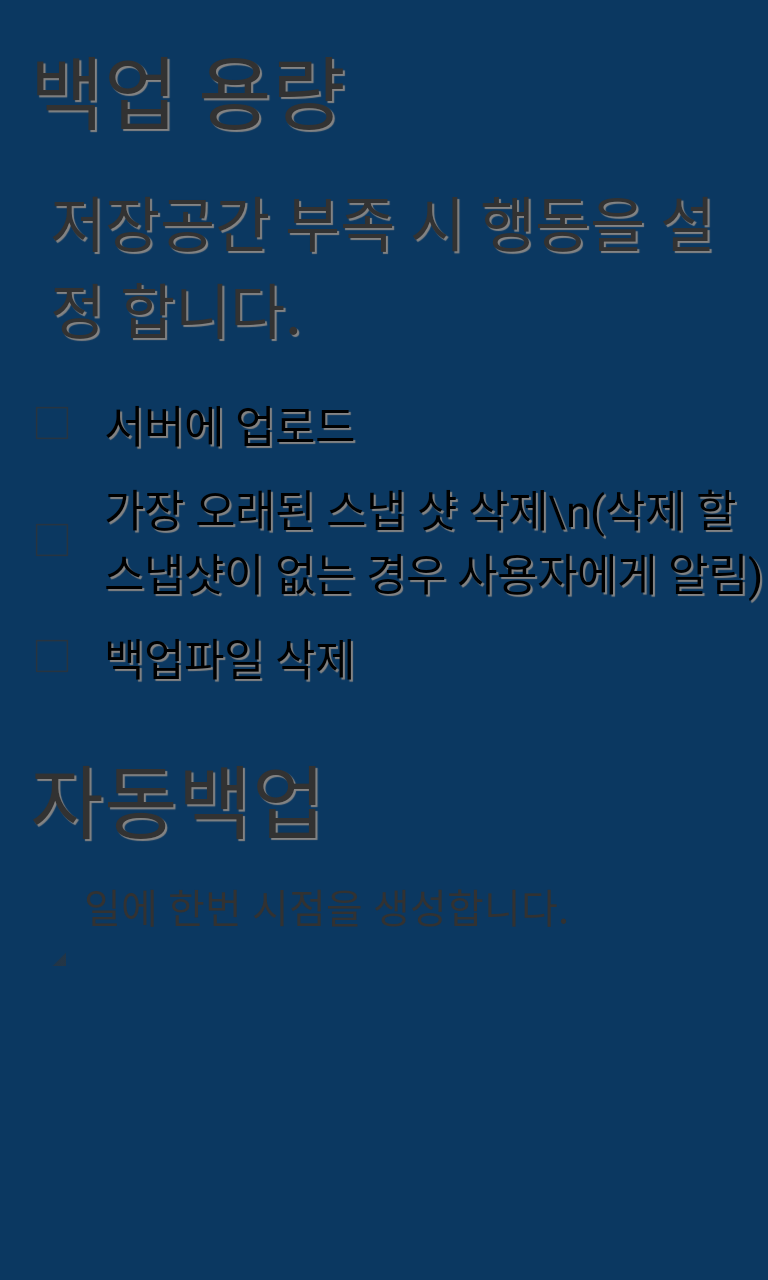
Repository: zzttt/LVM_BackupSol
Layout: TimeTraveler/res/layout/inflate_three.xml
The author's editor kept a copy of each file at every save. The layout is drawn from the files as they stood at one save, then again after the next save.
It is drawn on a 768 x 1280 px phone screen (xhdpi) without system bars, with theme AppTheme; the app's code is not run. The app's manifest (not shown) leaves right-to-left support off. So textAlignment, textDirection and layoutDirection are ignored, and left and right values win over start and end ones.

Above is the layout before, as saved 2014-07-02 15:16:05.

After the next save:
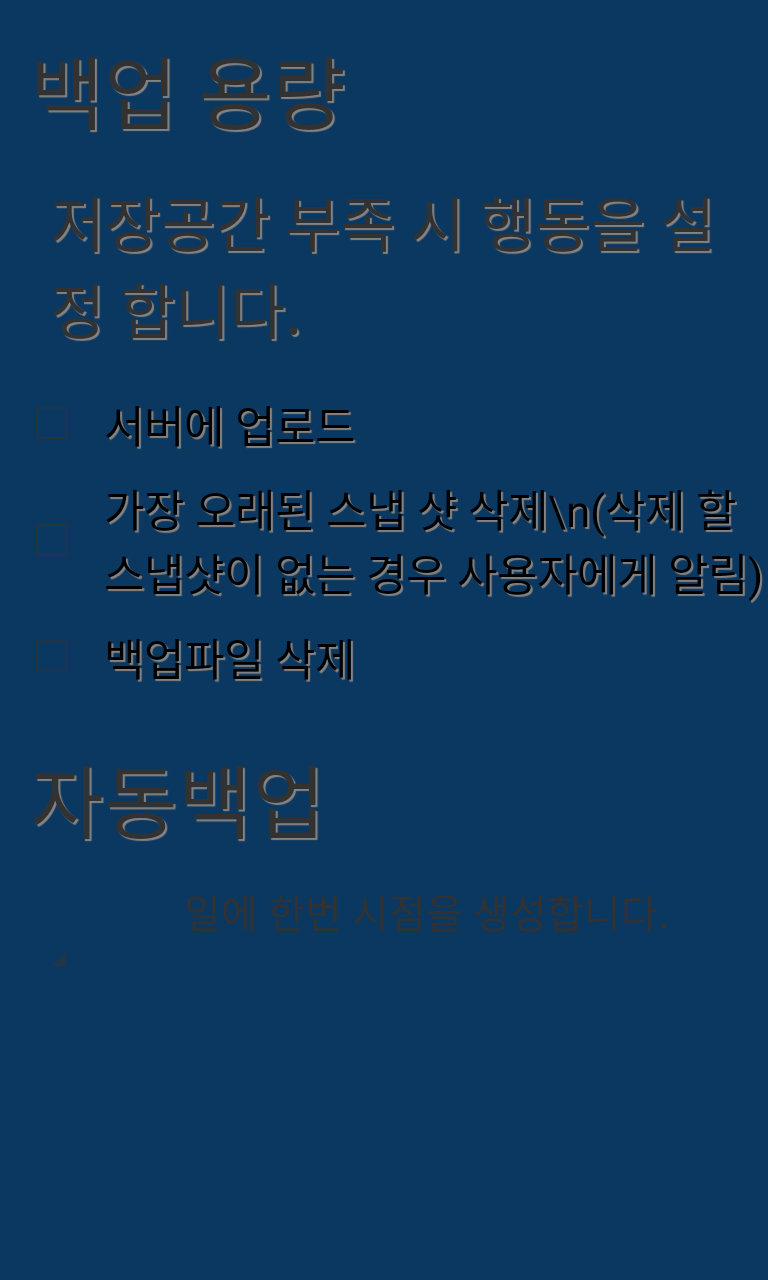
Saved 6 s later.
--- a/TimeTraveler/res/layout/inflate_three.xml
+++ b/TimeTraveler/res/layout/inflate_three.xml
@@ -100,9 +100,8 @@
             <LinearLayout
                 android:layout_width="fill_parent"
                 android:layout_height="wrap_content"
-                android:orientation="horizontal"
                 android:gravity="center"
-                >
+                android:orientation="horizontal" >
 
                 <Spinner
                     android:id="@+id/dateSpinner"
@@ -112,14 +111,14 @@
                     android:layout_marginTop="20dp"
                     android:drawSelectorOnTop="true"
                     android:gravity="center"
-                    android:textAlignment="center"
-                    />
+                    android:textAlignment="center" />
+
                 <TextView
                     android:layout_width="match_parent"
                     android:layout_height="35dip"
-					android:text=" 일에 한번 시점을 생성합니다."
-					android:textSize="20sp"
-                    />
+                    android:gravity="center"
+                    android:text=" 일에 한번 시점을 생성합니다."
+                    android:textSize="20sp" />
             </LinearLayout>
         </LinearLayout>
     </ScrollView>

After the 3 saves that followed:
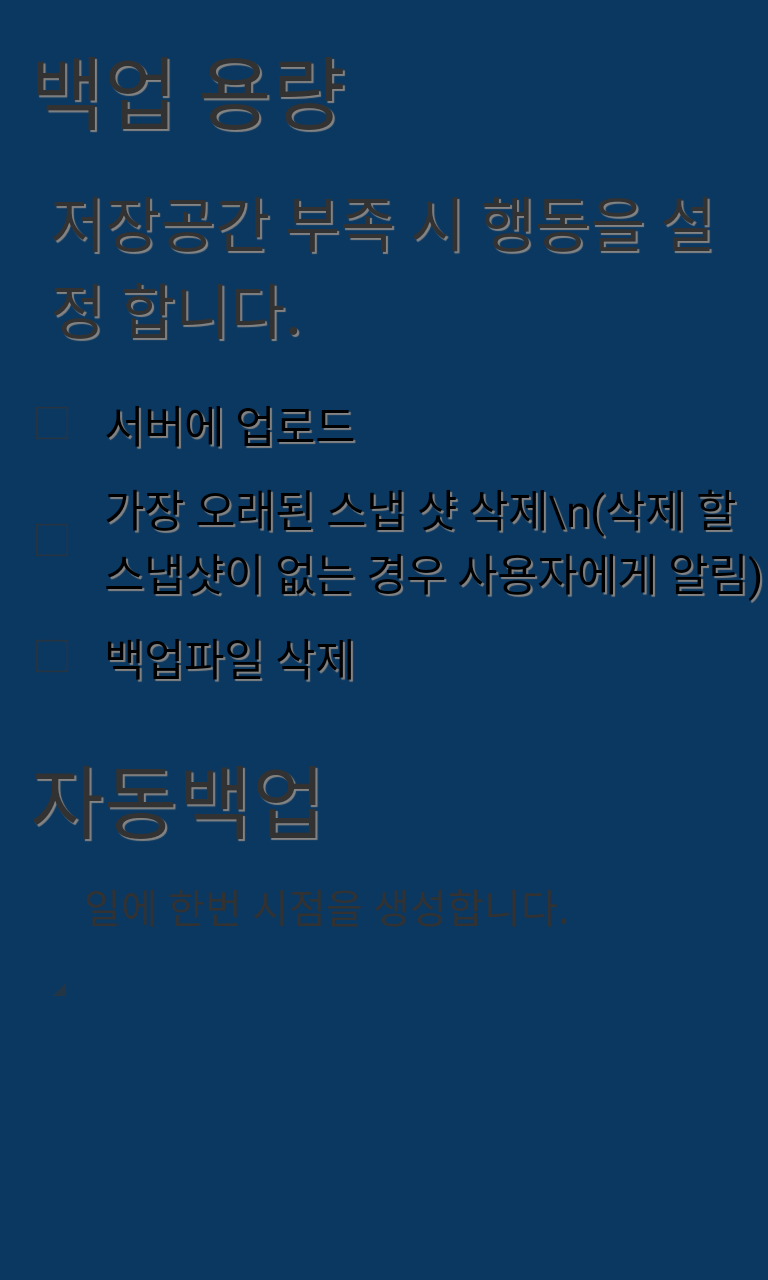
The 3 saves are shown as one change because they came seconds apart.
The last was saved 24 s later.
--- a/TimeTraveler/res/layout/inflate_three.xml
+++ b/TimeTraveler/res/layout/inflate_three.xml
@@ -106,7 +106,7 @@
                 <Spinner
                     android:id="@+id/dateSpinner"
                     android:layout_width="wrap_content"
-                    android:layout_height="35dip"
+                    android:layout_height="50dip"
                     android:layout_marginLeft="15dp"
                     android:layout_marginTop="20dp"
                     android:drawSelectorOnTop="true"
@@ -115,8 +115,7 @@
 
                 <TextView
                     android:layout_width="match_parent"
-                    android:layout_height="35dip"
-                    android:gravity="center"
+                    android:layout_height="50dip"
                     android:text=" 일에 한번 시점을 생성합니다."
                     android:textSize="20sp" />
             </LinearLayout>
